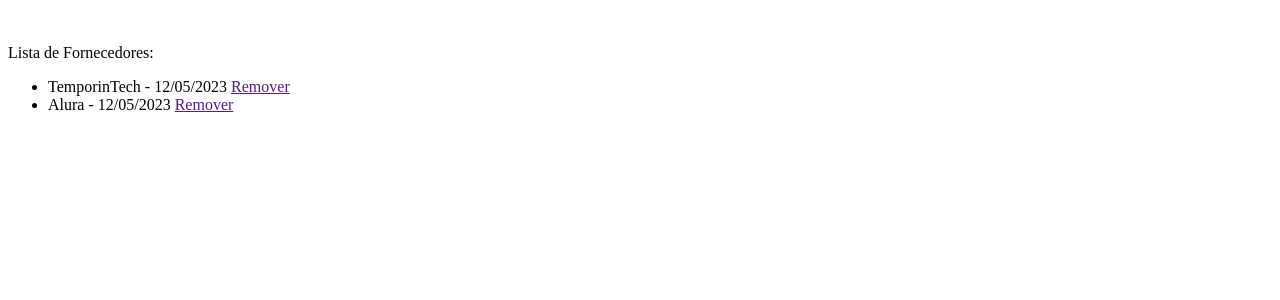
Repository: CauaneTemporin/API_CRUD_JAVA_Servlet_JSP
Page: http://localhost/gerenciador/listaEmpresas
The author's editor kept a copy of each file at every save. The page is drawn from the files as they stood at one save, then again after the next save.
The browser window is 1280 px wide. The pictures show the whole page.
The page is served by Tomcat 9.

Above is the page before, as saved 2023-05-15 12:02:36.

After the next save:
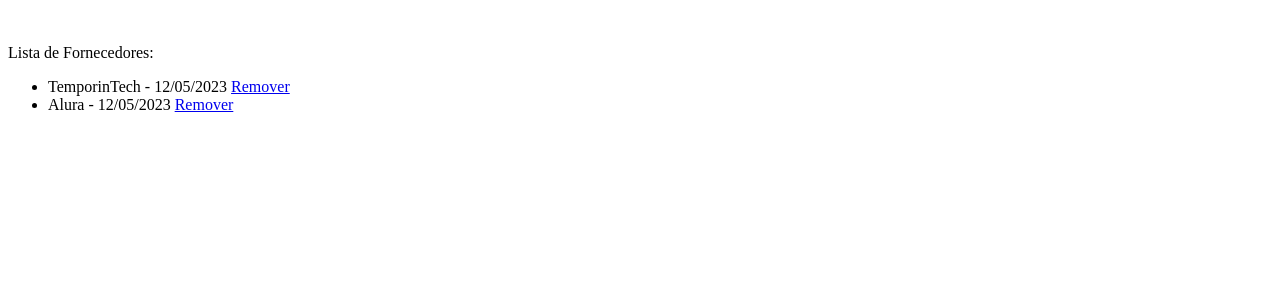
Saved 5 min 6 s later.
--- a/gerenciador/src/main/webapp/ListaFornecedores.jsp
+++ b/gerenciador/src/main/webapp/ListaFornecedores.jsp
@@ -3,7 +3,7 @@
 	<%@ page import= "java.util.List, com.temporintech.gerenciador.servlet.Fornecedor"%>
 	<%@ taglib uri="http://java.sun.com/jsp/jstl/core" prefix="c" %>
 	<%@ taglib uri="http://java.sun.com/jsp/jstl/fmt" prefix="fmt" %>
-	<c:url value="/removeForncedor" var="linkServletFornecedor"/>
+	<c:url value="/removeForncedor" var="linkRemoveForncedor"/>
 
 	<!DOCTYPE html>
 	<html>
@@ -23,7 +23,7 @@
 			 <ul>
 	        <c:forEach items="${fornecedores}" var="fornecedor">
 				<li>${fornecedor.nome_fornecedor} - <fmt:formatDate value="${fornecedor.dataAbertura}" pattern="dd/MM/yyyy"/>
-				<a href="${removeForncedor }">Remover</a>
+				<a href="${linkRemoveForncedor }">Remover</a>
 				</li>
 	        </c:forEach>
 	    </ul>
